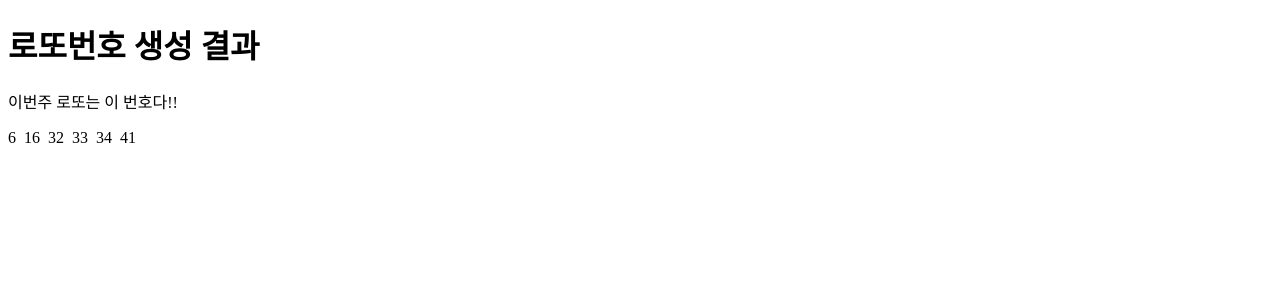
Repository: markahn02050/jsp_practice
Page: http://localhost/JSPBasic/JspTag/TagQ03.jsp
The author's editor kept a copy of each file at every save. The page is drawn from the files as they stood at one save, then again after the next save.
The browser window is 1280 px wide. The pictures show the whole page.
The page is served by Tomcat 9.

Above is the page before, as saved 2022-02-03 01:48:08.

### JSPBasic/src/main/webapp/JspTag/TagQ03.jsp
<%@ page language="java" contentType="text/html; charset=UTF-8"
    pageEncoding="UTF-8"%>
<%@ page import = "java.util.*" %>
<!DOCTYPE html>
<html>
<head>
<meta charset="UTF-8">
<title>Insert title here</title>
</head>
<body>
	<%!
		List<Integer> lotto = new ArrayList<>();

	%>

	<h1>로또번호 생성 결과</h1>

	<p>이번주 로또는 이 번호다!!</p>

	<%
		while(true){

			int randNum = (int)(Math.random() * 45) + 1;

			if(!lotto.contains(randNum)) {

				lotto.add(randNum);

			}

			if(lotto.size() == 6) {

				break;
			}
		}

		Collections.sort(lotto);

		for(Integer i : lotto){

			out.println(i + "&nbsp");
			Thread.sleep(700);
			out.flush();
		}


	%>

</body>
</html>

After the next save:
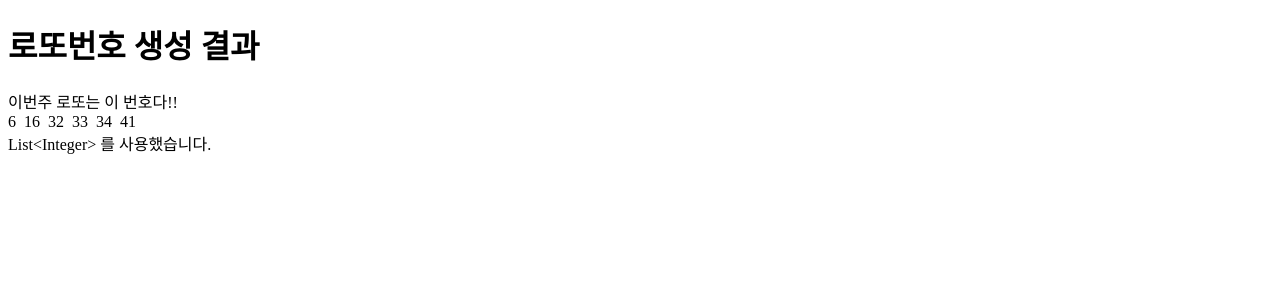
Saved 3 min 8 s later.
--- a/JSPBasic/src/main/webapp/JspTag/TagQ03.jsp
+++ b/JSPBasic/src/main/webapp/JspTag/TagQ03.jsp
@@ -1,6 +1,22 @@
+<%@ page import="java.util.*"%>
 <%@ page language="java" contentType="text/html; charset=UTF-8"
     pageEncoding="UTF-8"%>
-<%@ page import = "java.util.*" %>
+<%
+    List<Integer> lotto = new ArrayList<>();
+    while(true) {
+    	int rn = (int)(Math.random() * 45) + 1;
+    	//contains(): 리스트 내부에 해당 객체가 존재하면 true를 리턴.
+    	if (!lotto.contains(rn)) {
+    		lotto.add(rn);
+    	}
+    	if(lotto.size() == 6) {
+    		break;
+    	}
+    }
+    //리스트의 오름차 정렬방법.
+    Collections.sort(lotto);
+%>
+
 <!DOCTYPE html>
 <html>
 <head>
@@ -8,43 +24,20 @@
 <title>Insert title here</title>
 </head>
 <body>
-	<%!
-		List<Integer> lotto = new ArrayList<>();
+	<h1>로또번호 생성 결과</h1>
+	<p>
+		이번주 로또는 이 번호다!!<br>
+		<%
+			for(Integer num : lotto) {
+				out.println(num + "&nbsp;");
+				Thread.sleep(700); //CPU를 잠시 멈추는 메서드
+				out.flush(); //브라우저의 출력 버퍼를 비우는 메서드.
+			}
+			System.out.println("접속했습니다.");
+		%>
 
-	%>
-
-	<h1>로또번호 생성 결과</h1>
-
-	<p>이번주 로또는 이 번호다!!</p>
-
-	<%
-		while(true){
-
-			int randNum = (int)(Math.random() * 45) + 1;
-
-			if(!lotto.contains(randNum)) {
-
-				lotto.add(randNum);
-
-			}
-
-			if(lotto.size() == 6) {
-
-				break;
-			}
-		}
-
-		Collections.sort(lotto);
-
-		for(Integer i : lotto){
-
-			out.println(i + "&nbsp");
-			Thread.sleep(700);
-			out.flush();
-		}
-
-
-	%>
-
+		<br/>
+		List&lt;Integer&gt; 를 사용했습니다.
+	</p>
 </body>
 </html>
